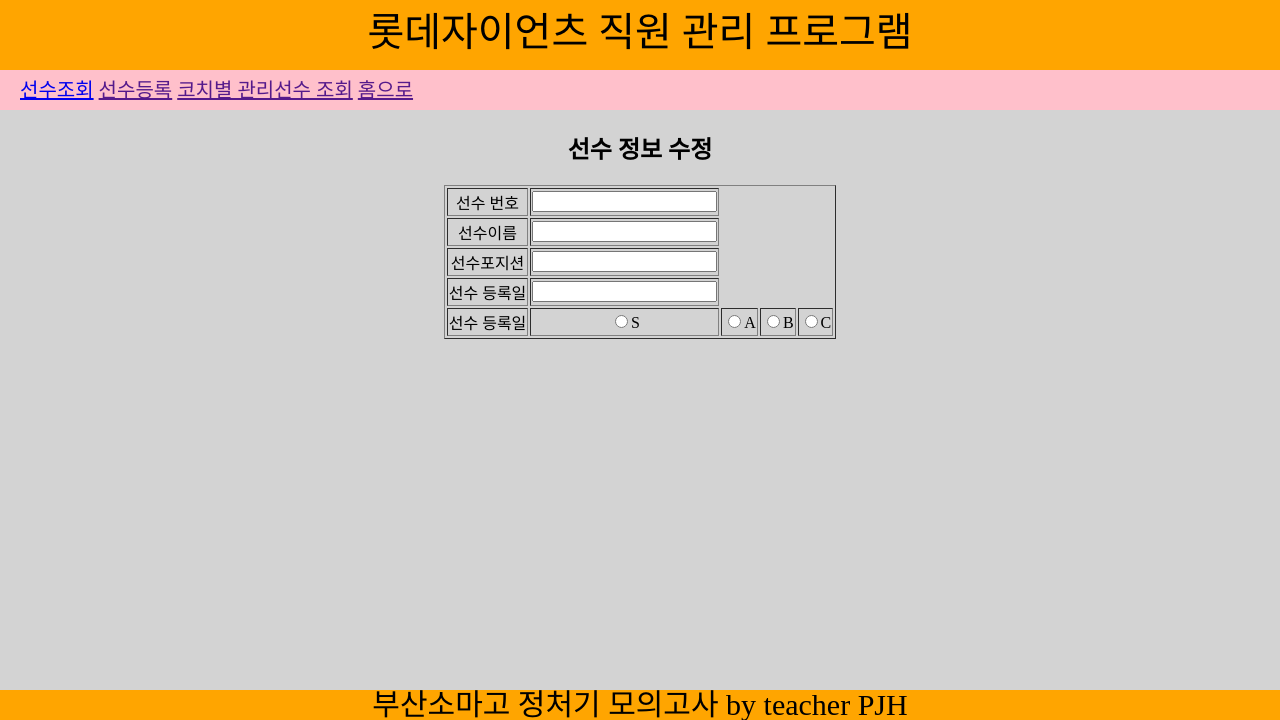
Repository: jeajune0221/information
Page: http://localhost/HRD_2411/update.jsp
An editor plug-in stored every save of this project. The page is shown before and after the next save, followed by the edit.
The browser window is 1280 px wide. The pictures show the whole page.
The page is served by Tomcat 9.

Above is the page before, as saved 2026-03-16 11:09:19.

### hrdkorea/HRD_2411/src/main/webapp/update.jsp
<%@ page language="java" contentType="text/html; charset=UTF-8"
    pageEncoding="UTF-8"%>
<!DOCTYPE html>
<html>
<head>
<meta charset="UTF-8">
<title>Insert title here</title>
<link href ="style.css" rel ="stylesheet">
</head>
<body>
<jsp:include page="header.jsp"></jsp:include>
<section>
<H2>선수 정보 수정</H2>
<form style = "display : flex; align-items : center; justify-content : center; text-align : center">
<table border = 1>
<tr>
<td>선수 번호</td>
<td><input></td>
</tr>
<tr>
<td>선수이름</td>
<td><input></td>
</tr>
<tr>
<td>선수포지션</td>
<td><input></td>
</tr>
<tr>
<td>선수 등록일</td>
<td><input></td>
</tr>
<tr>
<td>선수 등록일</td>
<td><input type ="radio" name = "asd">S</td>
<td><input type ="radio" name = "asd">A</td>
<td><input type ="radio" name = "asd">B</td>
<td><input type ="radio" name = "asd">C</td>


</tr>
</table>
</form>
</section>
<jsp:include page="footer.jsp"></jsp:include>
</body>
</html>

### hrdkorea/HRD_2411/src/main/webapp/header.jsp
<%@ page language="java" contentType="text/html; charset=UTF-8"
    pageEncoding="UTF-8"%>
<!DOCTYPE html>
<html>
<head>
<meta charset="UTF-8">
<title>Insert title here</title>
<link href = "style.css" rel ="stylesheet">
</head>
<body>
<header>롯데자이언츠 직원 관리 프로그램</header>
<nav>
<a href="list.jsp">선수조회</a>
<a href="">선수등록</a>
<a href="">코치별 관리선수 조회</a>
<a href="">홈으로</a>
</nav>
</body>
</html>

### hrdkorea/HRD_2411/src/main/webapp/footer.jsp
<%@ page language="java" contentType="text/html; charset=UTF-8"
    pageEncoding="UTF-8"%>
<!DOCTYPE html>
<html>
<head>
<meta charset="UTF-8">
<title>Insert title here</title>
<link href ="style.css" rel = "stylesheet">
</head>
<body>
<footer>부산소마고 정처기 모의고사 by teacher PJH</footer>
</body>
</html>

### hrdkorea/HRD_2411/src/main/webapp/style.css
@charset "UTF-8";
header{
	position :fixed;
	top:0px;
	left : 0px;
	width : 100%;
	height : 70px;
	background : orange;
	text-align:center;
	font-size : 40px;
}
nav{
	position : fixed;
	top : 70px;
	left : 0px;
	width : 100%;
	height : 40px;
	background : pink;
	line-height : 40px;
	padding-left : 20px;
	font-size : 20px;
}
section{
	position : fixed;
	top : 110px;
	left : 0px;
	width : 100%;
	height : 100%;
	background : lightgray;
	text-align : center;
}

footer{
	position : fixed;
	bottom : 0px;
	left : 0px;
	width : 100%;
	height : 30px;
	background : orange;
	line-height : 30px;
	text-align : center;
	font-size : 30px;

}

After the next save:
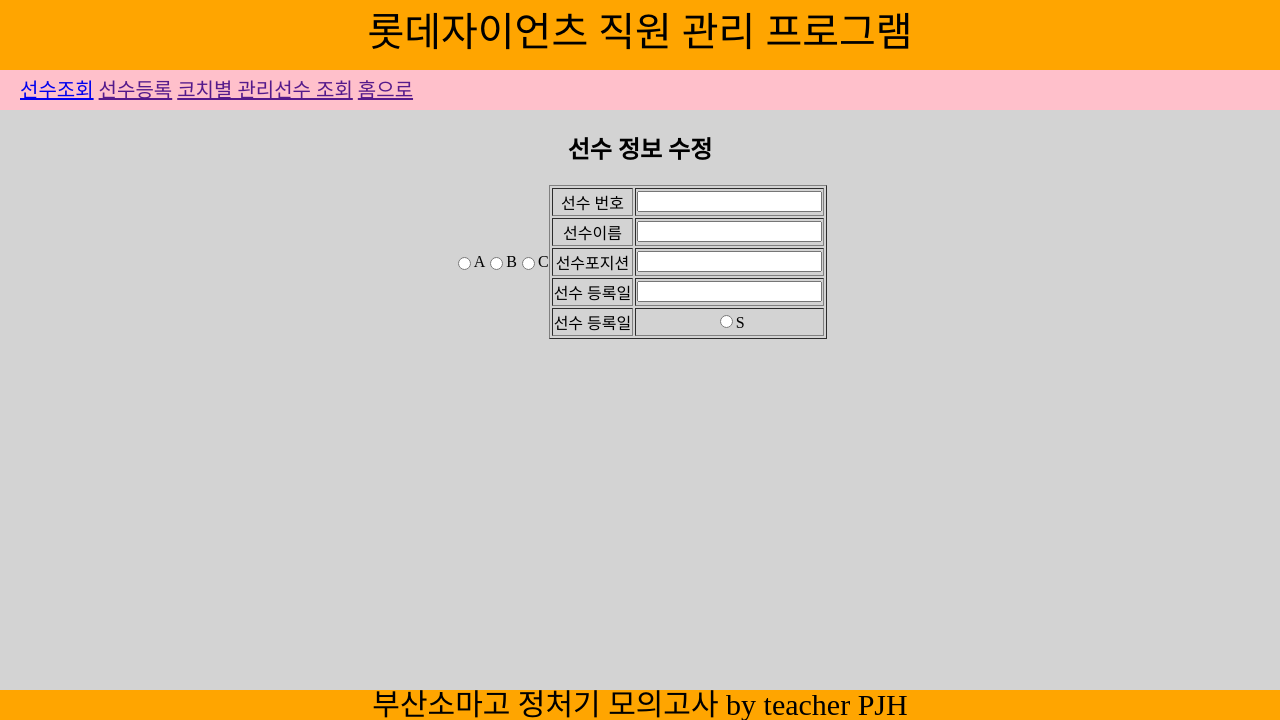
Saved 49 s later.
--- a/hrdkorea/HRD_2411/src/main/webapp/update.jsp
+++ b/hrdkorea/HRD_2411/src/main/webapp/update.jsp
@@ -32,9 +32,9 @@
 <tr>
 <td>선수 등록일</td>
 <td><input type ="radio" name = "asd">S</td>
-<td><input type ="radio" name = "asd">A</td>
-<td><input type ="radio" name = "asd">B</td>
-<td><input type ="radio" name = "asd">C</td>
+<input type ="radio" name = "asd">A
+<input type ="radio" name = "asd">B
+<input type ="radio" name = "asd">C
 
 
 </tr>
